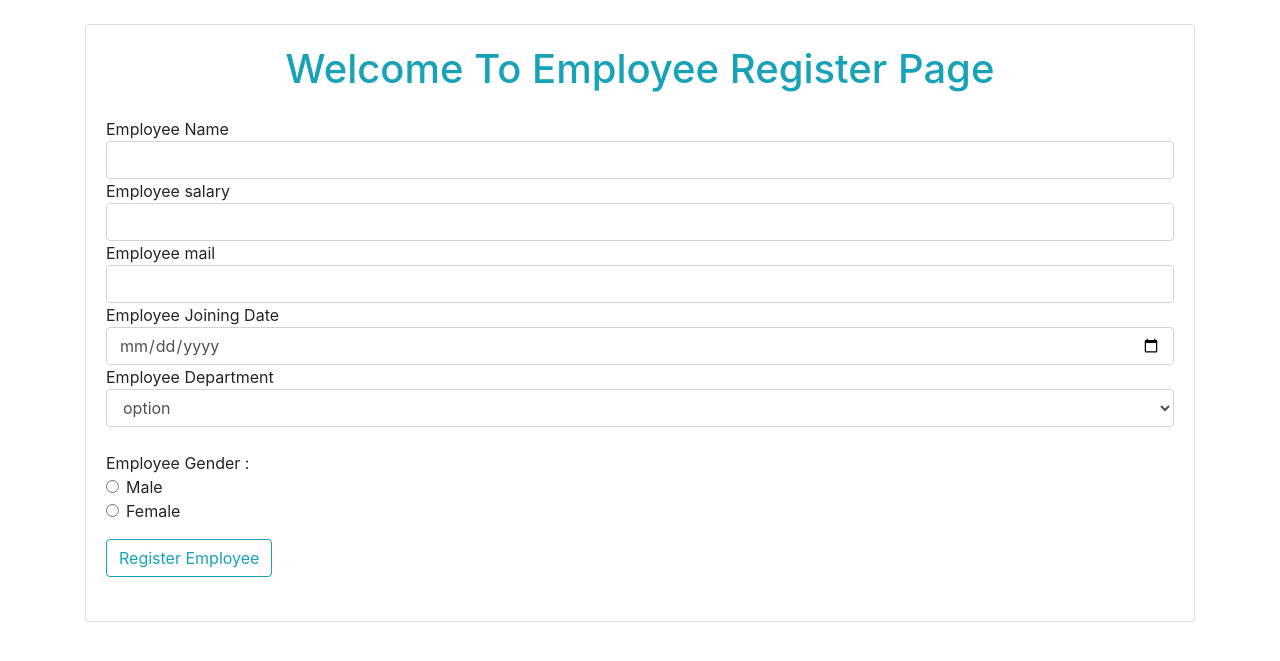
Repository: lokeshsukhwal/EmployeeMiniProject
Page: http://localhost/EmployeeRegister
An editor plug-in stored every save of this project. The page is shown before and after the next save, followed by the edit.
The browser window is 1280 px wide. The pictures show the whole page.
The page is this project's Thymeleaf template; nobody is signed in. The template is opened directly, without the code that normally fills it, so the values that code supplies are empty.

Above is the page before, as saved 2023-01-18 14:36:04.

After the next save:
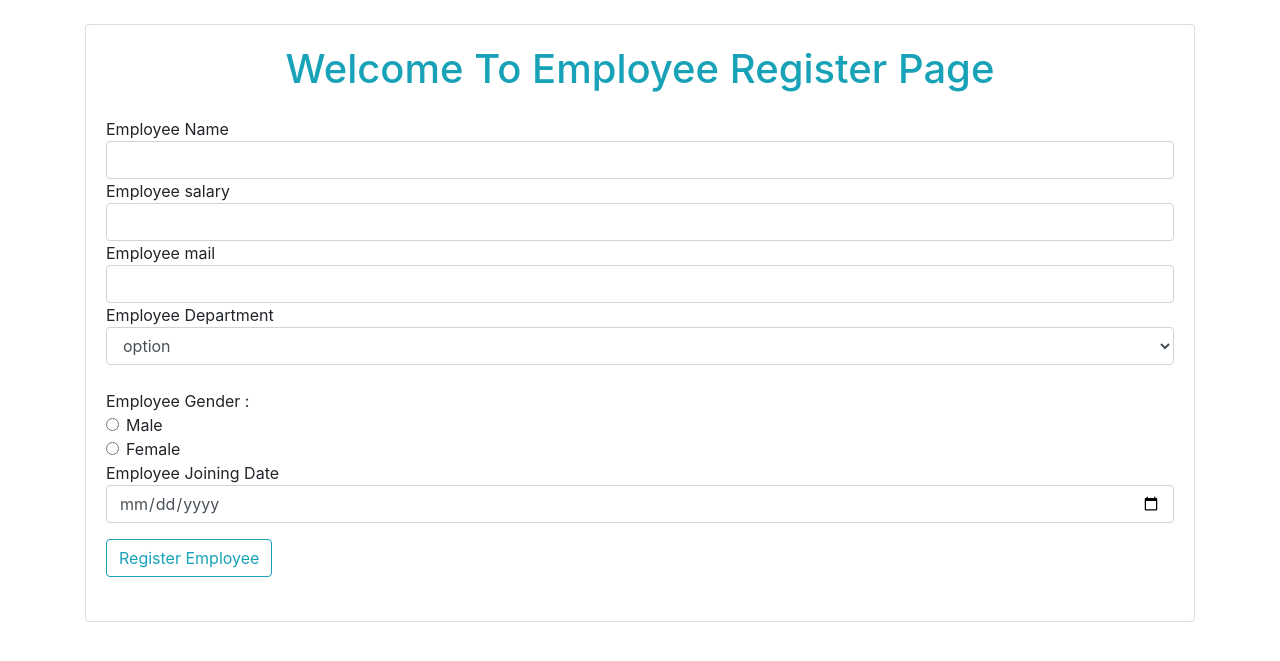
Saved 34 s later.
--- a/SpringBootMvc-ThymeleafMySqlCrudMiniProject/src/main/resources/templates/EmployeeRegister.html
+++ b/SpringBootMvc-ThymeleafMySqlCrudMiniProject/src/main/resources/templates/EmployeeRegister.html
@@ -16,7 +16,6 @@
 			Employee Name <input type="text" name="empName"class="form-control">
 		    Employee salary <input type="text"name="empSalary" class="form-control">
 		    Employee mail <input type="email" name="empMail" class="form-control">
-		 Employee Joining Date <input type="date" name="empDoj" class="form-control">
 		    Employee Department  <select name="department" class="form-control dropdown">
 									<option value="#">option</option>
 									<option value="dev">DEV</option>
@@ -34,6 +33,7 @@
 						 <input type="radio"class="form-check-input" name="empGender" value="female">Female
 						</label>
 					</div>
+		 Employee Joining Date <input type="date" name="empDoj" class="form-control">
 
 					<button type="submit" class="btn btn-outline-info mt-3">Register Employee</button>
 

After the save that followed:
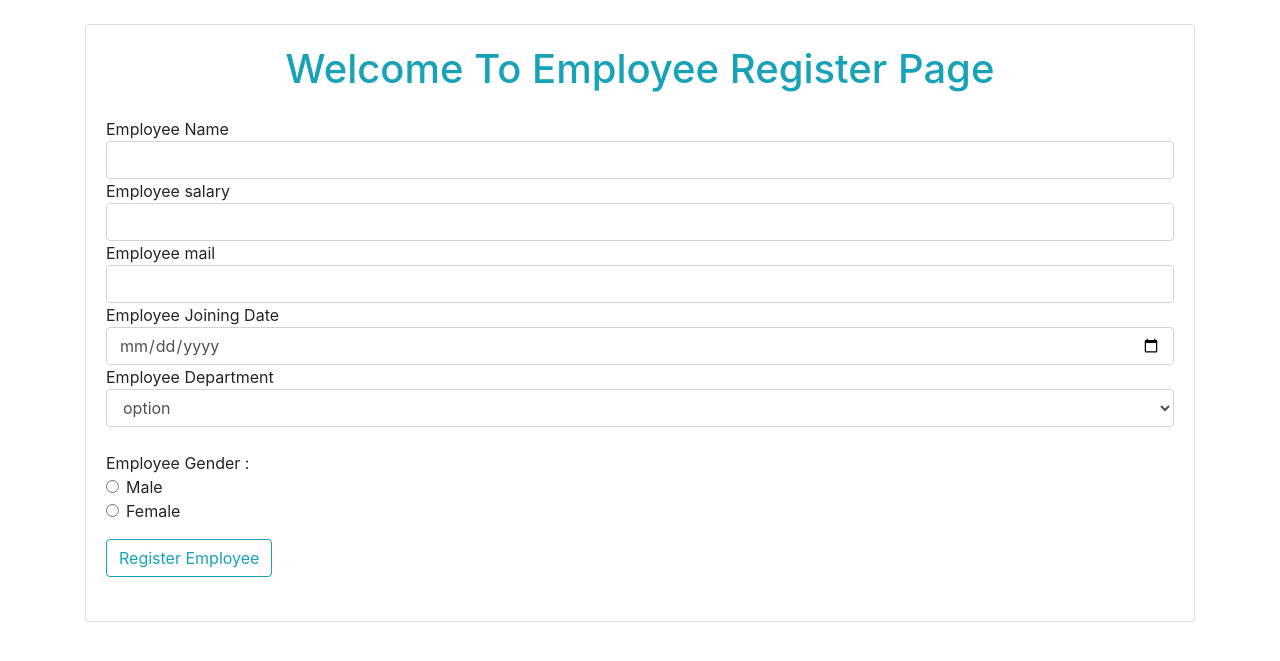
Saved 18 s later.
--- a/SpringBootMvc-ThymeleafMySqlCrudMiniProject/src/main/resources/templates/EmployeeRegister.html
+++ b/SpringBootMvc-ThymeleafMySqlCrudMiniProject/src/main/resources/templates/EmployeeRegister.html
@@ -12,30 +12,32 @@
 		<div class="card mt-4 ">
 			<div class="card-body ">
 				<h1 class=" text-info text-center">Welcome To Employee Register Page</h1>
-		<form th:action="@{/employee/save}" method="POST" class="mt-4 form ">
-			Employee Name <input type="text" name="empName"class="form-control">
-		    Employee salary <input type="text"name="empSalary" class="form-control">
-		    Employee mail <input type="email" name="empMail" class="form-control">
-		    Employee Department  <select name="department" class="form-control dropdown">
-									<option value="#">option</option>
-									<option value="dev">DEV</option>
-									<option value="ba">BA</option>
-									<option value="qa">QA</option>
-								  </select> <br>
-				Employee Gender :
+				<form th:action="@{/employee/save}" method="POST" class="mt-4 form ">
+					Employee Name <input type="text" name="empName"
+						class="form-control"> Employee salary <input type="text"
+						name="empSalary" class="form-control"> Employee mail <input
+						type="email" name="empMail" class="form-control"> Employee
+					Joining Date <input type="date" name="empDoj" class="form-control">
+					Employee Department <select name="department"
+						class="form-control dropdown">
+						<option value="#">option</option>
+						<option value="dev">DEV</option>
+						<option value="ba">BA</option>
+						<option value="qa">QA</option>
+					</select> <br> Employee Gender :
 					<div class="form-check">
-						<label class="form-check-label">
-						 <input type="radio"class="form-check-input" name="empGender" value="male">Male
+						<label class="form-check-label"> <input type="radio"
+							class="form-check-input" name="empGender" value="male">Male
 						</label>
 					</div>
 					<div class="form-check">
-						<label class="form-check-label">
-						 <input type="radio"class="form-check-input" name="empGender" value="female">Female
+						<label class="form-check-label"> <input type="radio"
+							class="form-check-input" name="empGender" value="female">Female
 						</label>
 					</div>
-		 Employee Joining Date <input type="date" name="empDoj" class="form-control">
 
-					<button type="submit" class="btn btn-outline-info mt-3">Register Employee</button>
+					<button type="submit" class="btn btn-outline-info mt-3">Register
+						Employee</button>
 
 				</form>
 
